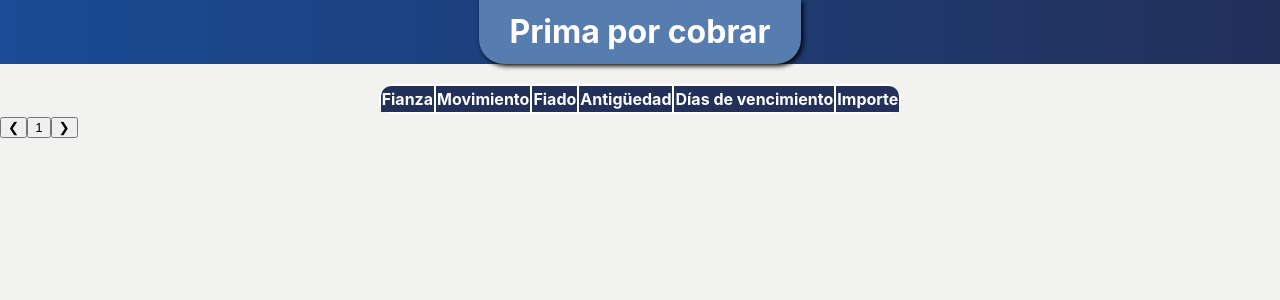
Repository: PCGP22/prueba-t-cnica-liberty-finanzas
Page: / (app in Prueba técnica full-stack/client/)
The author's editor kept a copy of each file at every save. The page is drawn from the files as they stood at one save, then again after the next save.
The browser window is 1280 px wide. The pictures show the whole page.
The page's requests for data from a server got no answer. The project was rebuilt for these pictures with package versions that can differ from the ones it lists, and the page was loaded fresh each time. No one was signed in, and anything a server would have sent is missing. Also part of the build but not shown: Prueba técnica full-stack/client/vite.config.js, Prueba técnica full-stack/client/src/components/Card.jsx, Prueba técnica full-stack/client/src/components/CardsContainer.jsx, Prueba técnica full-stack/client/src/components/Filters.jsx.

Above is the page before, as saved 2023-11-14 08:05:27.

### Prueba técnica full-stack/client/src/App.jsx
import { dataContext } from "./context/dataContext";
import Table from "./components/Table";
import { useEffect, useReducer } from "react";
import Pagination from "./components/pagination";
import reducer from "./hooks/Reducer";
import Header from "./components/Header";

function App() {
  let url = "http://localhost:5000/primas";
  const initialState = {
    backupData: {},
    data: {},
    dataToShow: {},
    currentPage: 1,
    maxPages: 1,
    contentPerPage: 8,
  };

  const [state, dispatch] = useReducer(reducer, initialState);
  useEffect(() => {
    fetch(url)
      .then((res) => res.json())
      .then((data) => dispatch({ type: "initialize", payload: data.primas }));
  }, [url]);

  return (
    <dataContext.Provider value={[state, dispatch]}>
      <Header />
      <Table />
      <Pagination />
    </dataContext.Provider>
  );
}

export default App;

### Prueba técnica full-stack/client/src/index.css
:root {
  font-family: Inter, system-ui, Avenir, Helvetica, Arial, sans-serif;
  line-height: 1.5;
  font-weight: 400;
  --background-color: #f2f2f1;
  --darkest-blue: #22305a;
  --blue: #1a4b94;
  --light-blue: #577dae;
  --lightest-blue: #9fbde4;
  --status-red: #de7878;
  --status-yellow: #f6c476;
  --status-green: #8fc475;
  --icon-red: #b93d3d;
  --icon-green: #6cb85d;
  --text-blue: #3a689d;
  --text-red:  #af2e2c;
  --box-shadow: black 2px 2px 5px;
}
body, h1{
  margin: 0;
  padding: 0;
}
body{
  background-color:var(--background-color);
}
header{
  display: flex;
  flex-direction: column;
  align-items: center;
}
h1{
  display: inline-block;
  padding: 8px 30px;
  border-radius: 0 0 25px 25px;
  background-color: var(--light-blue);
  color:white;
  text-align: center;
  box-shadow: var(--box-shadow);
}

header{
  background-image: linear-gradient(to right,var(--blue), var(--darkest-blue));
  width: 100%;
}

.filters{
  margin-top: 40px;
  display: flex;
  gap: 40px;
  align-self: flex-start;
  padding-left: 5%;
}
.filters select{
  height: 40px;
  font-size: larger;
  border-radius: 5px;
  border: black 2px solid;
}

.cards{
  padding: 2% 5%;
  box-sizing: border-box;
  display: flex;
  justify-content: space-between;
  width: 100%;
}

.cards figure{
  background-color: var(--background-color);
  min-width: 250px;
  padding: 0.5% 2%;
  border-radius: 10px;
  box-shadow: var(--box-shadow);
}

.cards figure h3{
  margin: 0;
}

.cards figure > p{
  font-size: 1.8em;
  text-align: center;
}

.cards div{
  display: inline-flex;
  flex-wrap: wrap;
  max-width: 40%;
  align-items: center;
  justify-content: center;
  gap:20px;
}

.cards div p {
  margin: 0;
}

.cards div p:first-of-type {
  font-size: 1.5em;
}

.cards div p:last-of-type{
  font-size: 1.2em;
  margin: 0;
}

.icon{
  background-image: linear-gradient(to right,var(--blue), var(--darkest-blue));
  font-size: 1.5em;
  padding: 4px;
  border-radius: 50%;
}
.positive{
  color:var(--text-blue);
  margin-right: 20px;
}
.negative{
  color:var(--text-red);
  margin-left:20px;
}
.cross{
  color: var(--icon-red)
}
.check{
  color: var(--icon-green)
}

table{
  margin: auto;
  margin-top: 20px;
  background-color:white;
  border-radius:15px;
}
table tr:first-child{
  background-color:var(--darkest-blue);
  color:white;
}

table tr th:first-child{
  border-radius:10px 0 0 0;
}

table tr th:last-child{
  border-radius: 0 10px  0 0;
}

### Prueba técnica full-stack/client/src/context/dataContext.js
import { createContext } from "react";

export const dataContext = createContext();

### Prueba técnica full-stack/client/src/components/Table.jsx
import { calculateAntiquityInDays } from "../utils/utils";
import { useContext } from "react";
import { dataContext } from "../context/dataContext";

function Table() {
  const [state, dispatch] = useContext(dataContext);

  return (
    <table>
      <tbody>
        <tr>
          <th>Fianza</th>
          <th>Movimiento</th>
          <th>Fiado</th>
          <th>Antigüedad</th>
          <th>Días de vencimiento</th>
          <th>Importe</th>
        </tr>
        {state.dataToShow.length > 0 &&
          state.dataToShow.map((t) => {
            let antiquity = calculateAntiquityInDays(
              t.datos["fecha de emisión"]
            );
            let daysSinceStale = calculateAntiquityInDays(
              t.datos["fecha de vencimiento"]
            );
            if (daysSinceStale < 0) daysSinceStale = 0;
            return (
              <tr key={t.datos.código_de_fianza}>
                <td>{t.datos.código_de_fianza}</td>
                <td>{t.datos.tipo_de_movimiento}</td>
                <td>{t.datos.fiado}</td>
                <td>{antiquity}</td>
                <td>{daysSinceStale}</td>
                <td>${t.datos.importe.toLocaleString()}</td>
              </tr>
            );
          })}
      </tbody>
    </table>
  );
}

export default Table;

### Prueba técnica full-stack/client/src/components/pagination.jsx
import { useContext } from "react";
import { dataContext } from "../context/dataContext";

function Pagination() {
  const [state, dispatch] = useContext(dataContext);

  //   return <button onClick={() => dispatch({ type: "change" })}>Cambiar</button>;
  //   const { state.maxPages, state.currentPage, setstate.CurrentPage, setNextPage, setPrevPage } =
  // useContext(dataContext);
  //This pagination is somewhat complex because I've used it before in bigger proyects.
  //First, it initializes the pagination buttons to the first 6 numbers except for the number 1
  //The reason it doesn't includes the first page is because the first and last page buttons are always shown
  let pagesButtons = [2, 3, 4, 5, 6];
  //while the current page stays on the first three pages, show all first 6
  //The reason for the if, it's that I want the first 6 buttons to be shown when returning from the latest pages
  if (
    state.currentPage === 1 ||
    state.currentPage === 2 ||
    state.currentPage === 3
  ) {
    pagesButtons = [2, 3, 4, 5, 6];
  }
  //As soon as we change to page 4 or more, let's follow the current page and
  //add two buttons to the left and two to the right
  if (state.currentPage >= 4) {
    pagesButtons = [
      state.currentPage - 2,
      state.currentPage - 1,
      state.currentPage,
      state.currentPage + 1,
      state.currentPage + 2,
    ];
  }
  //When approaching to the right end of the pagination, show the last 5 pages
  if (
    state.currentPage === state.maxPages - 1 ||
    state.currentPage === state.maxPages - 2 ||
    state.currentPage === state.maxPages
  ) {
    //The reason it doesn't includes the last page is because the first and last page buttons are always shown
    pagesButtons = [
      state.maxPages - 5,
      state.maxPages - 4,
      state.maxPages - 3,
      state.maxPages - 2,
      state.maxPages - 1,
    ];
  }
  return (
    <section className="pagination">
      <button
        //About the class: When in first or last page the navigation chevrons will have a special class
        //The same happens when the button is the current page
        className={`${state.currentPage === 1 && "disabled"}`}
        onClick={() => dispatch({ type: "prevPage" })}>
        ❮
      </button>
      {/* First button, always shown */}
      <button
        className={`${state.currentPage === 1 && "disabled"}`}
        onClick={() => dispatch({ type: "setPage", payload: 1 })}>
        1
      </button>
      {/* Adds three dots in case the current page is bigger than 4*/}
      {state.currentPage > 4 && <p>•••</p>}
      {/* Map through all pages defined in the first part*/}
      {pagesButtons.map((p) => {
        if (p > 1 && p < state.maxPages)
          return (
            <button
              className={`${state.currentPage === p && "disabled"}`}
              key={p}
              onClick={() => dispatch({ type: "setPage", payload: p })}>
              {p}
            </button>
          );
      })}
      {/* Adds three dots in case the current page is getting closer to the right end*/}
      {state.currentPage < state.maxPages - 3 && <p>•••</p>}
      {/* If there's more than 1 page, show always the last page*/}
      {state.maxPages > 1 && (
        <button
          className={`${state.currentPage === state.maxPages && "disabled"}`}
          onClick={() =>
            dispatch({ type: "setPage", payload: state.maxPages })
          }>
          {state.maxPages}
        </button>
      )}
      <button
        className={`${state.currentPage === state.maxPages && "disabled"}`}
        onClick={() => dispatch({ type: "nextPage" })}>
        ❯
      </button>
    </section>
  );
}

export default Pagination;

### Prueba técnica full-stack/client/src/hooks/Reducer.js
function reducer(state, action) {
  function divideData(data, currentPage, state) {
    let dividedData = data.slice(
      (currentPage - 1) * state.contentPerPage,
      currentPage * state.contentPerPage
    );
    return dividedData;
  }
  function calculateMaxPages(data, state) {
    let maxPages = Math.ceil(data.length / state.contentPerPage);
    return maxPages;
  }
  const { type, payload } = action;
  switch (type) {
    case "initialize":
      return {
        ...state,
        backupData: payload,
        data: payload,
        dataToShow: divideData(payload, 1, state),
        maxPages: calculateMaxPages(payload, state),
      };
    case "prevPage":
      if (state.currentPage > 1) {
        return {
          ...state,
          currentPage: state.currentPage - 1,
          dataToShow: divideData(state.data, state.currentPage - 1, state),
        };
      } else return state;
    case "nextPage":
      if (state.currentPage < state.maxPages) {
        return {
          ...state,
          currentPage: state.currentPage + 1,
          dataToShow: divideData(state.data, state.currentPage + 1, state),
        };
      } else return state;
    case "setPage":
      return {
        ...state,
        currentPage: payload,
        dataToShow: divideData(state.data, payload, state),
      };
    case "filter":
      if (payload.filter === "") {
        return { ...state, dataToShow: state.backupData };
      } else
        return {
          ...state,
          dataToShow: state.backupData.filter(
            (d) => d[payload.type] === payload.filter
          ),
        };
    default:
      return state;
  }
}

export default reducer;

### Prueba técnica full-stack/client/src/components/Header.jsx
import CardsContainer from "./CardsContainer";
import Filters from "./Filters";

function Header() {
  return (
    <header>
      <h1>Prima por cobrar</h1>
      <Filters />
      <CardsContainer />
    </header>
  );
}

export default Header;

### Prueba técnica full-stack/client/src/utils/utils.js
//This function calculates how many days have passed since a date
export function calculateAntiquityInDays(date) {
  let parsedDate = parseDate(date);
  const CONSTANT_Ms_TO_DAYS = 86400000;
  let today = new Date();
  let comparisonDate = new Date(parsedDate);
  return Math.trunc((today - comparisonDate) / CONSTANT_Ms_TO_DAYS) - 1;
}

//transforms the date DD/MM/YYYY to an acceptable MM/DD/YYYY
function parseDate(date) {
  let stringToArray = date.split("/");
  let temp = stringToArray[0];
  stringToArray[0] = stringToArray[1];
  stringToArray[1] = temp;
  return stringToArray.join("/");
}

Loaded but not shown: Prueba técnica full-stack/client/index.html (common file); Prueba técnica full-stack/client/src/main.jsx (common file)

After the next save:
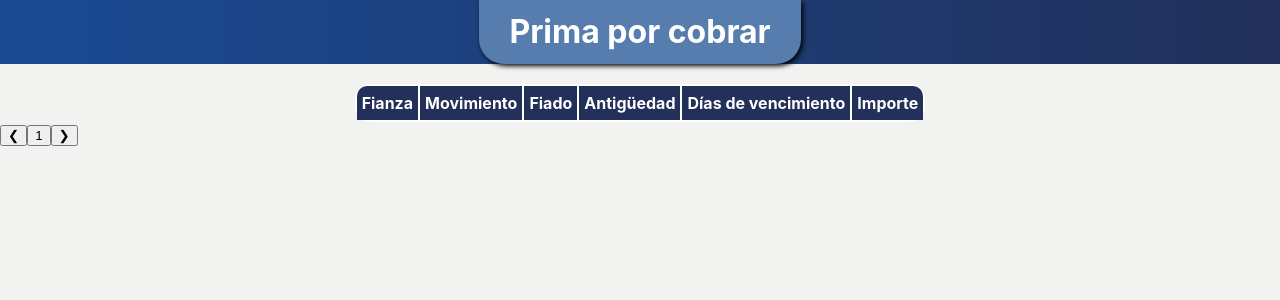
Saved 30 s later.
--- a/Prueba técnica full-stack/client/src/index.css
+++ b/Prueba técnica full-stack/client/src/index.css
@@ -143,3 +143,6 @@ table tr th:first-child{
 table tr th:last-child{
   border-radius: 0 10px  0 0;
 }
+table tr th{
+  padding: 5px;
+}
